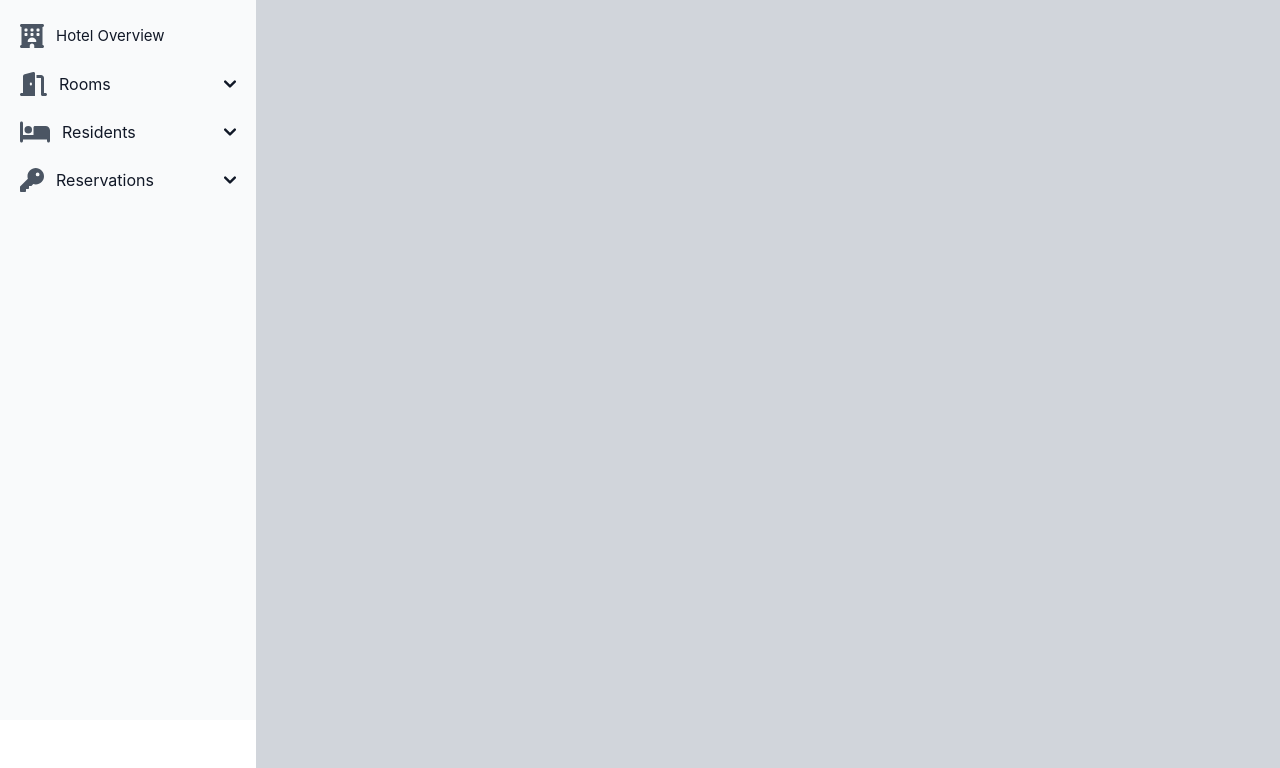
Repository: aggepap/hotelReservationsProj
Page: /rooms (app in admin-panel/)
These files come from the project's save history. The page is drawn as it stood at one moment and after the next save; the edit follows.
The browser window is 1280 px wide. The pictures show the whole page.
The project was rebuilt for these pictures with package versions that can differ from the ones it lists, and the page was loaded fresh each time. Also part of the build but not shown: admin-panel/vite.config.ts, admin-panel/src/views/HomeView.vue, admin-panel/src/services/ApiServices.ts, admin-panel/src/views/roomviews/AddRoomView.vue.

Above is the page before, as saved 2025-01-19 20:13:58.

After the next save:
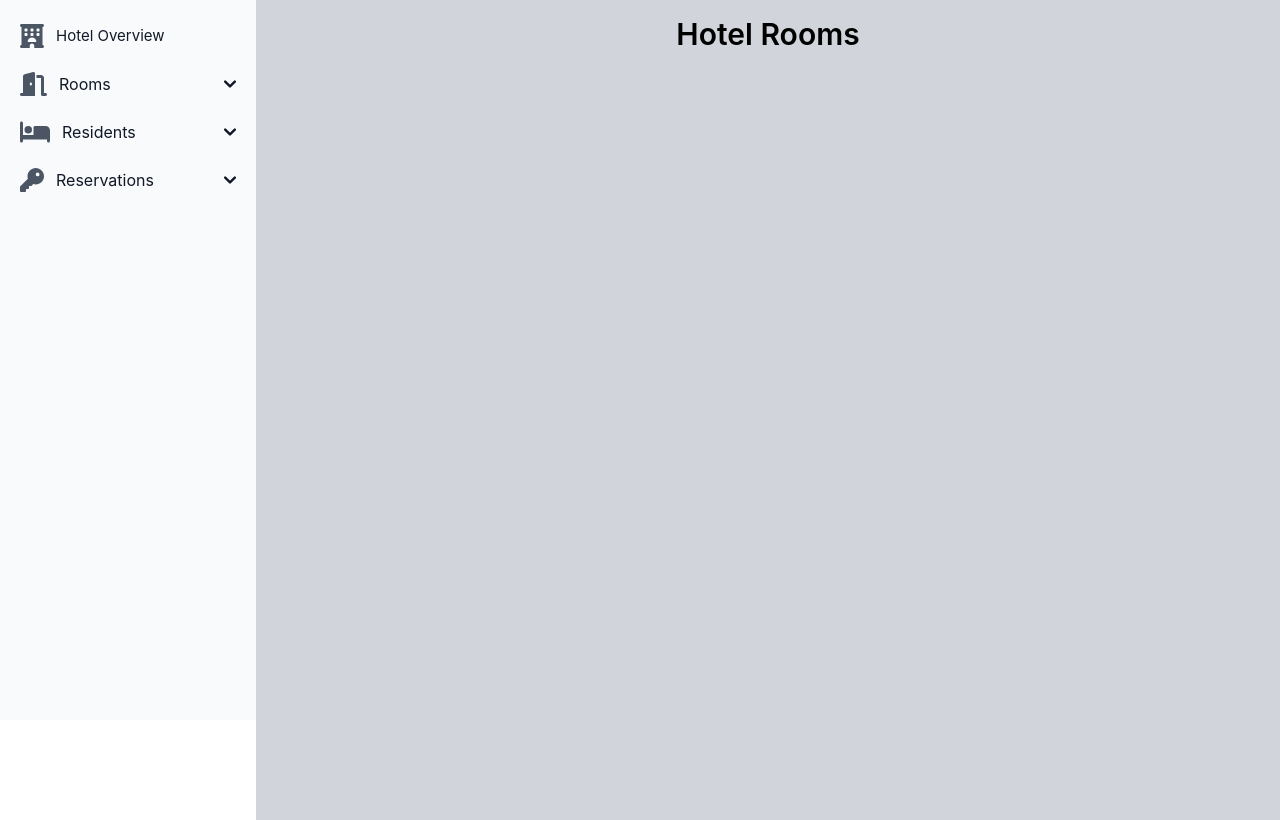
Saved 34 s later.
--- a/admin-panel/src/views/roomviews/AllRoomsView.vue
+++ b/admin-panel/src/views/roomviews/AllRoomsView.vue
@@ -1,5 +1,8 @@
 <script setup lang="ts"></script>
 
 <template>
+  <h2 class="text-black text-3xl text-center leading-5 font-semibold mb-8">
+    Hotel Rooms
+  </h2>
   <section class="w-9/12 mx-auto px-10 h-screen"></section>
 </template>
